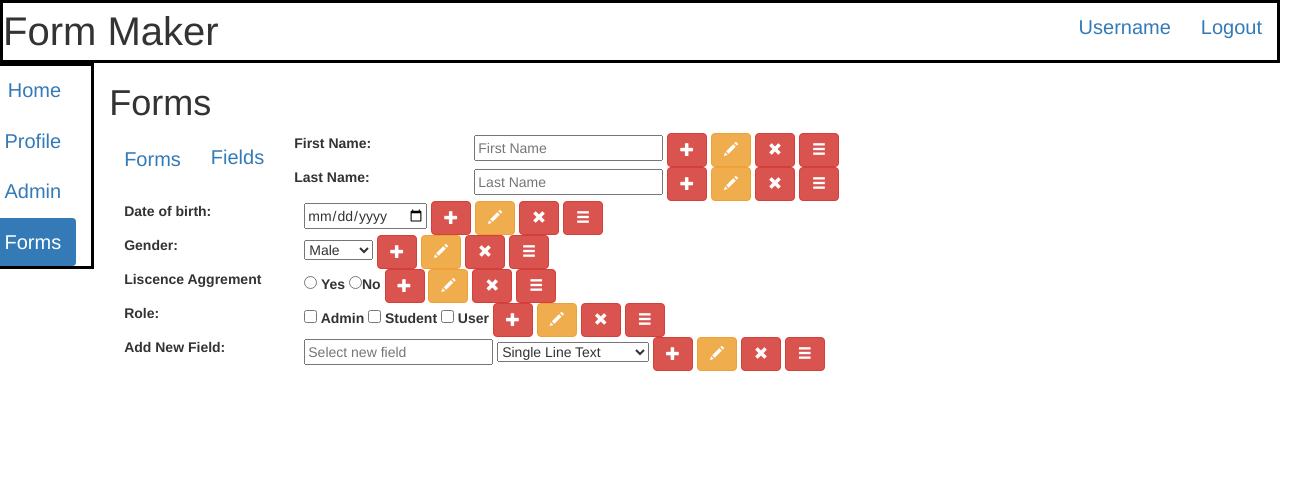
Repository: dishant8/Web-development
Page: public/WebDevWorkspace/Assignment1/WebContent/Css/Bootstrap/form-fields.html
These files come from the project's save history. The page is drawn as it stood at one moment and after a run of saves; the edit follows.
The browser window is 1280 px wide. The page is 1295 px wide, so the pictures cover 1295 px, including what lies to the right of the window. The pictures show the whole page.

Above is the page before, as saved 2015-10-04 01:44:13.

### public/WebDevWorkspace/Assignment1/WebContent/Css/Bootstrap/form-fields.html
<!DOCTYPE html>
<html>
<head>
<meta charset="ISO-8859-1">
<title>Form Maker</title>
<!--   <link href="Css/bootstrap.min.css" rel="stylesheet" />-->
<link href="app/vendor/bootstrap/dist/css/bootstrap.min.css"
	rel="stylesheet" />

<link rel="stylesheet" href="style.css" />


</head>
<body>
	<div>
		<div id="upper-header">
			<span class="header-width">Form Maker</span>
			<ul class="nav nav-pills navigate">
				<li id="logout" role="presentation"><a href="login.html">Logout</a></li>
				<li id="username" role="presentation"><a href="profile.html">Username</a></li>
			</ul>

		</div>

		<div class="row">

			<div class="col-xs-1 length">

				<ul class="nav nav-pills nav-stacked">
					<li role="presentation"><a href="home.html">Home</a></li>
					<li role="presentation"><a href="profile.html">Profile</a></li>
					<li role="presentation"><a href="admin.html">Admin</a></li>
					<li role="presentation" class="active"><a href="forms.html">Forms</a></li>
				</ul>
			</div>

			<div class="col-xs-11">
				<h1>Forms</h1>

				<ul id="tab" class="nav nav-pills nav-stacked">

					<li role="presentation"><a href="form-fields.html">Fields</a></li>
					<li role="presentation"><a href="forms.html">Forms</a></li>
				</ul>

				<form>
					<div class="selected fields">
						<div>
							<label for="first name" class="col-sm-2">First Name:</label> <input
								id="firstname" placeholder="First Name"
								title="please enter your First Name" name="first name"
								type="text" /> <a href="#" class="btn btn-danger"> <scan
									class="glyphicon glyphicon-plus"></scan>
							</a> <a href="#" class="btn btn-warning"> <scan
									class="glyphicon glyphicon-pencil"></scan>
							</a> <a href="#" class="btn btn-danger"> <scan
									class="glyphicon glyphicon-remove"></scan>
							</a> <a href="#" class="btn btn-danger"> <scan
									class="glyphicon glyphicon-menu-hamburger"></scan>
							</a>

						</div>

						<div>
							<label for="last name" class="col-sm-2">Last Name:</label> <input
								id="firstName" placeholder="Last Name"
								title="please enter your Last Name" name="last name" type="text" />
							<a href="#" class="btn btn-danger"> <scan
									class="glyphicon glyphicon-plus"></scan>
							</a> <a href="#" class="btn btn-warning"> <scan
									class="glyphicon glyphicon-pencil"></scan>
							</a> <a href="#" class="btn btn-danger"> <scan
									class="glyphicon glyphicon-remove"></scan>
							</a> <a href="#" class="btn btn-danger"> <scan
									class="glyphicon glyphicon-menu-hamburger"></scan>
							</a>

						</div>

						<div>
							<label for="dob" class="col-sm-2 ">Date of birth:</label> <input
								id="dob" title="please enter your First Name" name="first name"
								type="date" placeholder="Select Date" /> <a href="#"
								class="btn btn-danger"> <scan
									class="glyphicon glyphicon-plus"></scan>
							</a> <a href="#" class="btn btn-warning"> <scan
									class="glyphicon glyphicon-pencil"></scan>
							</a> <a href="#" class="btn btn-danger"> <scan
									class="glyphicon glyphicon-remove"></scan>
							</a> <a href="#" class="btn btn-danger"> <scan
									class="glyphicon glyphicon-menu-hamburger"></scan>
							</a>

						</div>

						<div>
							<label for="gender" class="col-sm-2 ">Gender:</label> <select
								name="genre" id="gender">
								<option value="Male">Male</option>
								<option value="Female">Female</option>
							</select> <a href="#" class="btn btn-danger"> <scan
									class="glyphicon glyphicon-plus"></scan>
							</a> <a href="#" class="btn btn-warning"> <scan
									class="glyphicon glyphicon-pencil"></scan>
							</a> <a href="#" class="btn btn-danger"> <scan
									class="glyphicon glyphicon-remove"></scan>
							</a> <a href="#" class="btn btn-danger"> <scan
									class="glyphicon glyphicon-menu-hamburger"></scan>
							</a>

						</div>

						<div>
							<label for="checkbox" class="col-sm-2 ">Liscence
								Aggrement</label> <label> <input type="radio" name="subscribe"
								value="yes" id="checkbox" /> Yes
							</label> <label> <input type="radio" name="subscribe" value="no" />No
							</label> <a href="#" class="btn btn-danger"> <scan
									class="glyphicon glyphicon-plus"></scan>
							</a> <a href="#" class="btn btn-warning"> <scan
									class="glyphicon glyphicon-pencil"></scan>
							</a> <a href="#" class="btn btn-danger"> <scan
									class="glyphicon glyphicon-remove"></scan>
							</a> <a href="#" class="btn btn-danger"> <scan
									class="glyphicon glyphicon-menu-hamburger"></scan>
							</a>


						</div>


						<div>
							<label for="role" class="col-sm-2">Role:</label> <label>
								<input type="checkbox" name="Categories" value="Admin" id="role" />
								Admin
							</label> <label> <input type="checkbox" name="Categories"
								value="Student" /> Student
							</label> <label> <input type="checkbox" name="Categories"
								value="User" /> User
							</label> <a href="#" class="btn btn-danger"> <scan
									class="glyphicon glyphicon-plus"></scan>
							</a> <a href="#" class="btn btn-warning"> <scan
									class="glyphicon glyphicon-pencil"></scan>
							</a> <a href="#" class="btn btn-danger"> <scan
									class="glyphicon glyphicon-remove"></scan>
							</a> <a href="#" class="btn btn-danger"> <scan
									class="glyphicon glyphicon-menu-hamburger"></scan>
							</a>

						</div>
					</div>
					<div class="selected fields">


						<label for="new field" class="col-sm-2">Add New Field:</label> <input
							placeholder="Select new field"> <select name="new field"
							id="new fields">
							<option value="Single Line Text">Single Line Text</option>
							<option value="Date">Date</option>
							<option value="Dropdown">Dropdown</option>
							<option value="Checkboxes">Checkboxes</option>
							<option value="RAdio Buttons">Radio Buttons</option>
							<option value="Paragraph Text Field">Paragraph Text Field</option>
						</select> <a href="#" class="btn btn-danger"> <scan
								class="glyphicon glyphicon-plus"></scan>
						</a> <a href="#" class="btn btn-warning"> <scan
								class="glyphicon glyphicon-pencil"></scan>
						</a> <a href="#" class="btn btn-danger"> <scan
								class="glyphicon glyphicon-remove"></scan>
						</a> <a href="#" class="btn btn-danger"> <scan
								class="glyphicon glyphicon-menu-hamburger"></scan>
						</a>


					</div>

				</form>

			</div>

		</div>
	</div>
</body>
</html>

### public/WebDevWorkspace/Assignment1/WebContent/Css/Bootstrap/style.css
body {margin ="10px";padding ="10px";

}

.col-md-1 {
	border-right: black solid medium;
	border-top: black solid medium;
	border-bottom: black solid medium;
	border-left: black solid medium;
	font-size: 15px;
}

.contain {
	border-bottom: black solid medium;
	border-top: black solid medium;
	border-right: black solid medium;
	border-left: black solid medium;
	margin-top: 30 px;
	margin-bottom: 30 px;
	margin-left: 30 px;
	margin-right: 30 px;
}

#navigate {float = right;
	font-size: 20px;
}

.nav-pills>li {
	float: right;
	font-size: 20px;
}

#upper-header {
	border-bottom: black solid;
	border-right: black solid;
	border-left: black solid;
	border-top: black solid;
}

#tab {
	float: left;
	font-size: 20px;
}

.navigate {
	width: 30%;
	float: right;
}

.header-width {
	width: 70%;
	font-size: 40px;
}

.length {
	height: 50%;
	border-right: black solid;
	border-bottom: black solid;
	border-top: black solid;
}


.selected fields{
	border-top: black solid thick;
}

Loaded but not shown: public/WebDevWorkspace/Assignment1/WebContent/Css/Bootstrap/app/vendor/bootstrap/dist/css/bootstrap.min.css (library)

After the next 2 saves:
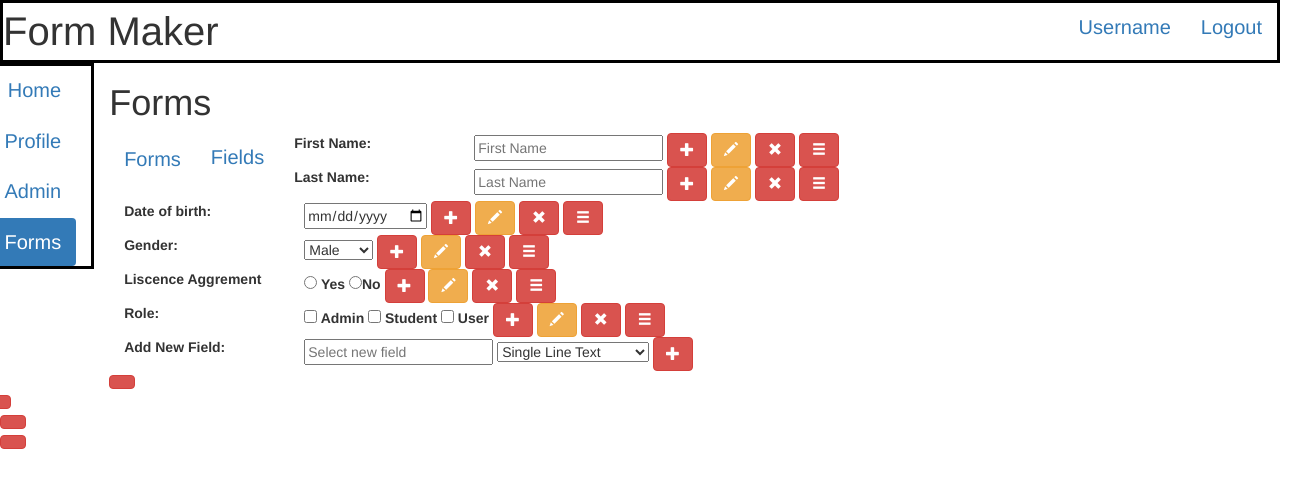
The 2 saves are shown as one change because they came seconds apart.
The last was saved 55 s later.
--- a/public/WebDevWorkspace/Assignment1/WebContent/Css/Bootstrap/form-fields.html
+++ b/public/WebDevWorkspace/Assignment1/WebContent/Css/Bootstrap/form-fields.html
@@ -160,18 +160,10 @@
 							<option value="Dropdown">Dropdown</option>
 							<option value="Checkboxes">Checkboxes</option>
 							<option value="RAdio Buttons">Radio Buttons</option>
-							<option value="Paragraph Text Field">Paragraph Text Field</option>
+							<option value="Paragraph Text Field">Paragraph Text
+								Field</option>
 						</select> <a href="#" class="btn btn-danger"> <scan
 								class="glyphicon glyphicon-plus"></scan>
-						</a> <a href="#" class="btn btn-warning"> <scan
-								class="glyphicon glyphicon-pencil"></scan>
-						</a> <a href="#" class="btn btn-danger"> <scan
-								class="glyphicon glyphicon-remove"></scan>
-						</a> <a href="#" class="btn btn-danger"> <scan
-								class="glyphicon glyphicon-menu-hamburger"></scan>
-						</a>
-
-
 					</div>
 
 				</form>
